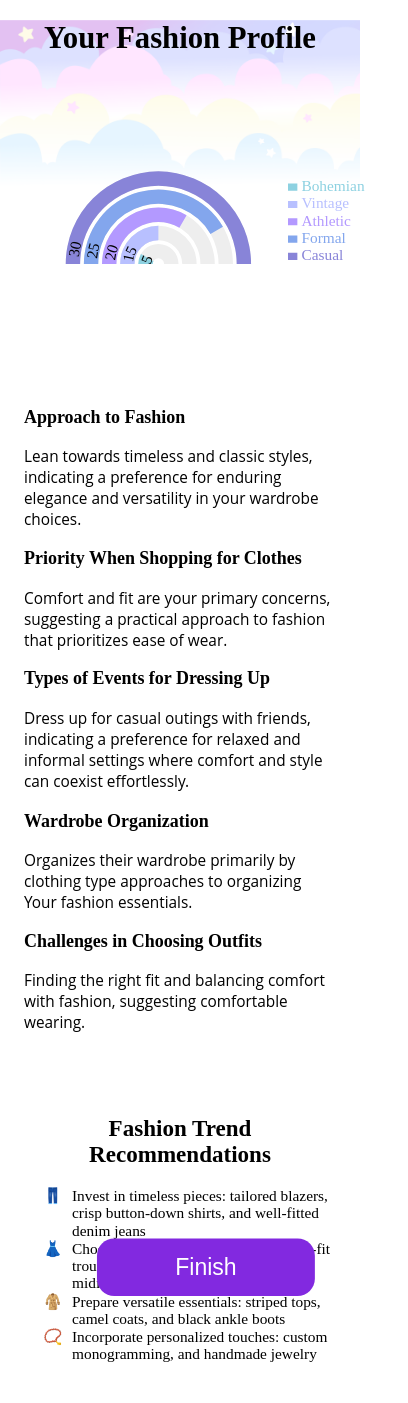
Repository: navnneett/clotho
Page: /QuizQuestions/Chart
These files come from the project's save history. The page is drawn as it stood at one moment and after the next save; the edit follows.
The browser window is 375 px wide. The page is 425 px wide, so the pictures cover 425 px, including what lies to the right of the window. The pictures show the whole page, at 96% of full size.
The project was rebuilt for these pictures with package versions that can differ from the ones it lists, and the page was loaded fresh each time. The framework's server and built-in components were replaced by stand-ins that run in the browser. Also part of the build but not shown: next.config.js, next.config.mjs.

Above is the page before, as saved 2024-04-07 11:26:36.

After the next save:
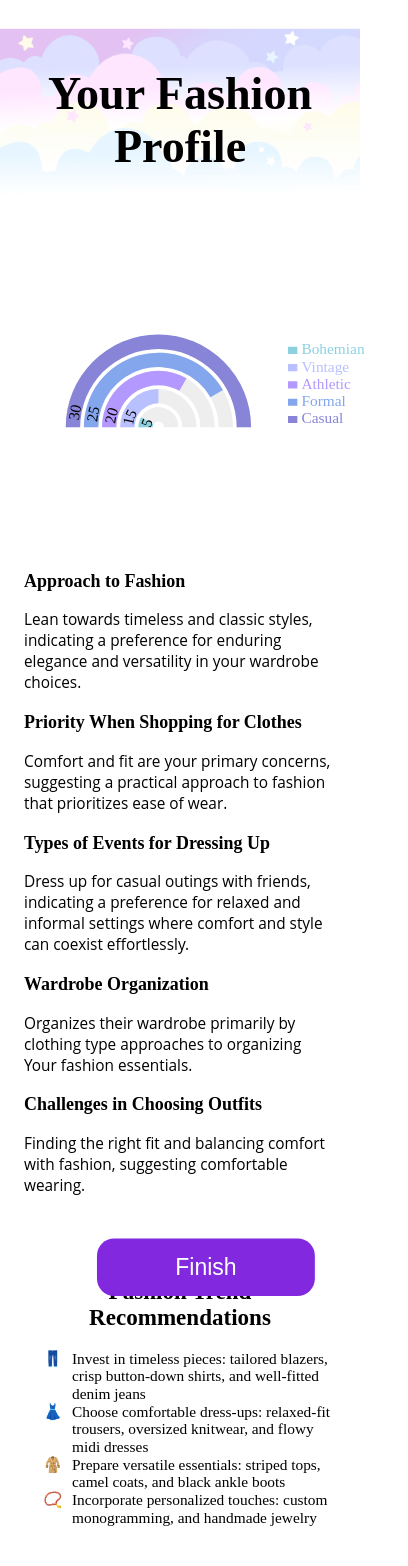
Saved 58 s later.
--- a/styles/Chart.module.css
+++ b/styles/Chart.module.css
@@ -16,7 +16,11 @@
 
 .title {
     font-family: var(--roboto-slab-text);
-
+    font-weight: var(--roboto-slab-weight);
+    font-size: var(--roboto-slab-size);
+    color: var(--black);
+    padding: 40px 10px;
+    margin: 30px 20px;
     text-align: center;
 }
 
